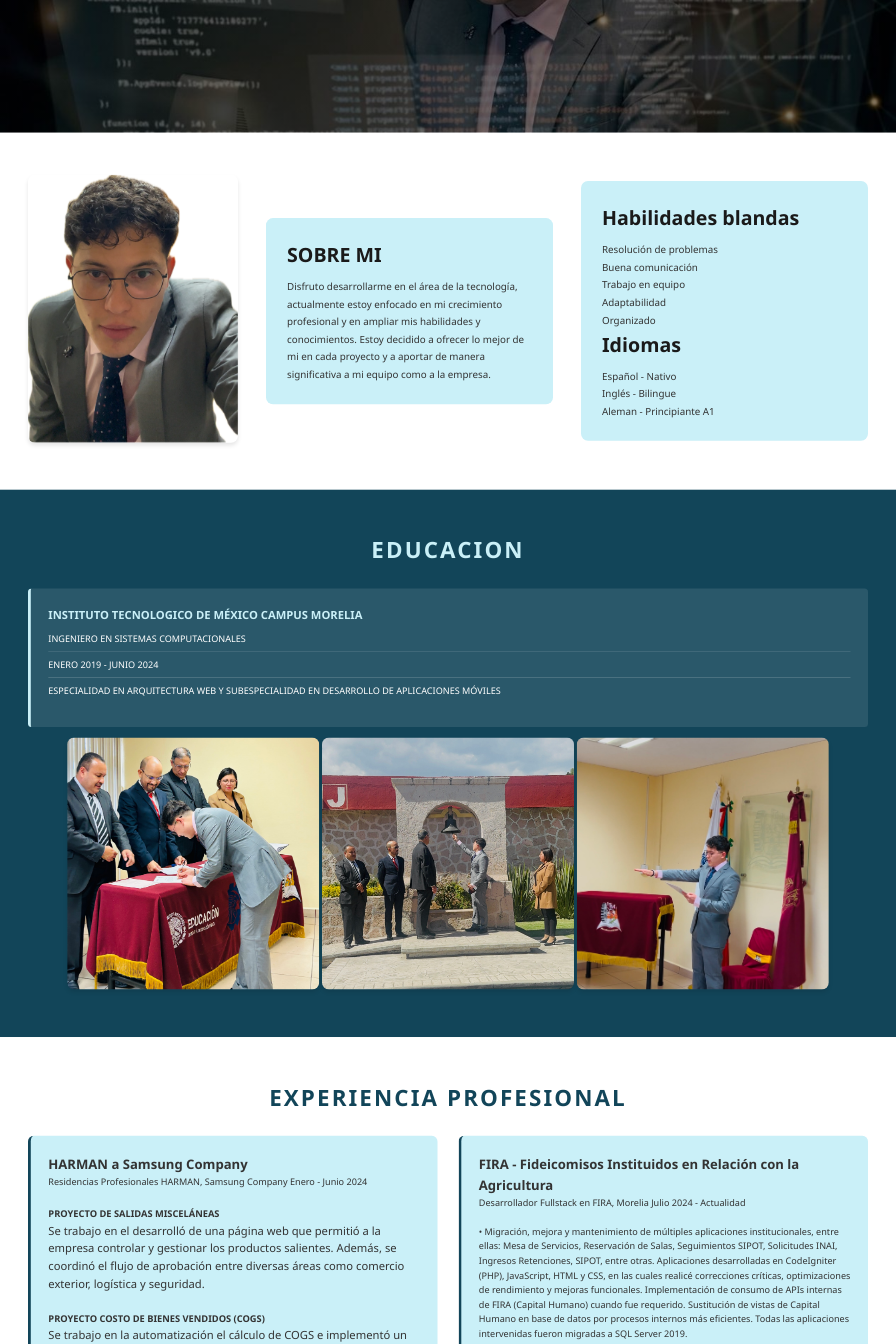
Repository: rafaelsilva2k/mi-portafolio
Page: index.html
An editor plug-in stored every save of this project. The page is shown before and after the next save, followed by the edit.
The browser window is 1280 px wide. The pictures show the part of the page from y = 411 to 2331 px (the page is 3313 px tall before and 3354 px after), at 70% of full size.

Above is the page before, as saved 2026-04-17 13:15:34.

After the next save:
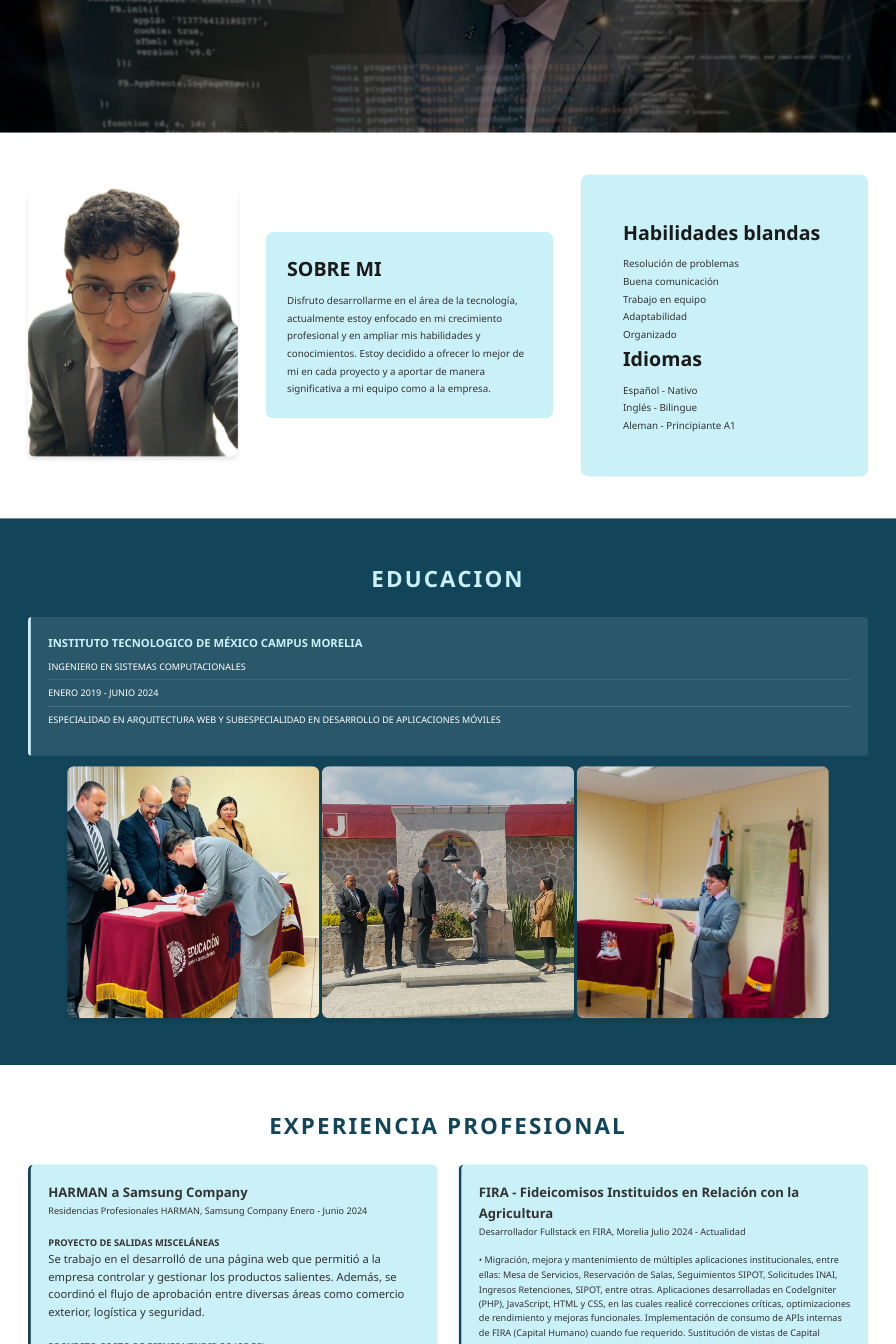
Saved 30 s later.
--- a/styles.css
+++ b/styles.css
@@ -161,6 +161,10 @@ body {
 
 .sobre-mi-habilidades {
     flex: content;
+    flex: 1;  /* Ocupa el espacio restante */
+    background-color: var(--color-primary);
+    padding: 30px;
+    border-radius: 10px;
 }
 
 /* ============================================
